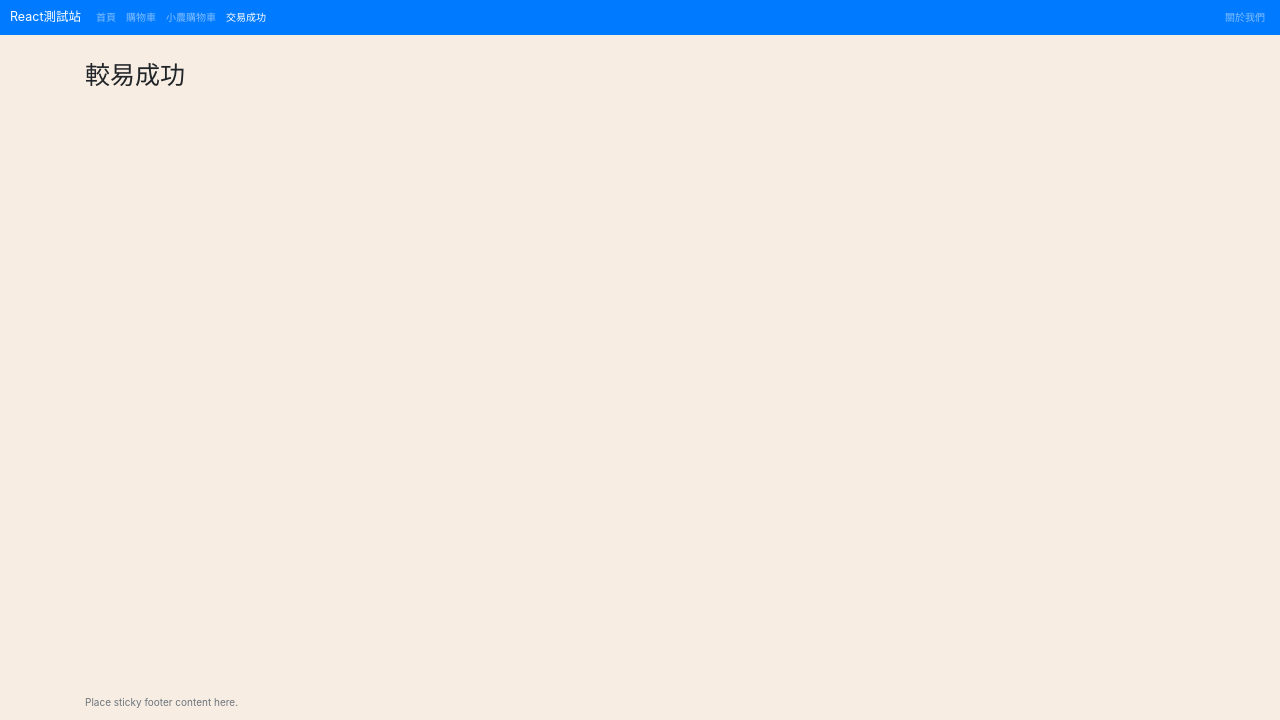
Repository: as2million/group_c
Page: /cha_cart_order_success
The author's editor kept a copy of each file at every save. The page is drawn from the files as they stood at one save, then again after the next save.
The browser window is 1280 px wide. The pictures show the whole page.
The project was rebuilt for these pictures with package versions that can differ from the ones it lists, and the page was loaded fresh each time. Also part of the build but not shown: src/Cha/pages-demo/Home.js, src/Cha/pages-demo/About.js, src/Cha/pages-demo/Product.js, src/Cha/Components/Cha-Cart-ProgressBar/ChaCartProgressBar.scss, src/Cha/Components/Cha-Cart-ProgressBar/ChaCartProgressBar.js, src/Cha/Components/Cha-Cart-Submit-Card/ChaCartSubmitCard.scss, src/Cha/Components/Cha-Cart-Submit-Card/ChaCartSubmitCard.js, src/Cha/Components/Cha-Counter/Counter.scss and 11 more.

Above is the page before, as saved 2020-10-26 23:18:05.

### public/index.html
<!DOCTYPE html>
<html lang="en">

<head>
  <meta charset="utf-8" />
  <link rel="icon" href="%PUBLIC_URL%/favicon.ico" />
  <meta name="viewport" content="width=device-width, initial-scale=1" />
  <meta name="theme-color" content="#000000" />
  <meta name="description" content="Web site created using create-react-app" />
  <link rel="apple-touch-icon" href="%PUBLIC_URL%/logo192.png" />
  <!--
      manifest.json provides metadata used when your web app is installed on a
      user's mobile device or desktop. See https://developers.google.com/web/fundamentals/web-app-manifest/
    -->
  <link rel="manifest" href="%PUBLIC_URL%/manifest.json" />
  <!--
      Notice the use of %PUBLIC_URL% in the tags above.
      It will be replaced with the URL of the `public` folder during the build.
      Only files inside the `public` folder can be referenced from the HTML.

      Unlike "/favicon.ico" or "favicon.ico", "%PUBLIC_URL%/favicon.ico" will
      work correctly both with client-side routing and a non-root public URL.
      Learn how to configure a non-root public URL by running `npm run build`.
    -->

  <!-- bootstrap -->
  <link rel="stylesheet" href="https://stackpath.bootstrapcdn.com/bootstrap/4.1.3/css/bootstrap.min.css"
    integrity="sha384-MCw98/SFnGE8fJT3GXwEOngsV7Zt27NXFoaoApmYm81iuXoPkFOJwJ8ERdknLPMO" crossorigin="anonymous">
  <title>React App</title>
</head>

<body>
  <noscript>You need to enable JavaScript to run this app.</noscript>
  <div id="root"></div>
  <!--
      This HTML file is a template.
      If you open it directly in the browser, you will see an empty page.

      You can add webfonts, meta tags, or analytics to this file.
      The build step will place the bundled scripts into the <body> tag.

      To begin the development, run `npm start` or `yarn start`.
      To create a production bundle, use `npm run build` or `yarn build`.
    -->
</body>

</html>

### src/index.js
import React from 'react'
import ReactDOM from 'react-dom'
import './index.scss'
// import App from './App'
import AppTest from './AppTest'
import * as serviceWorker from './serviceWorker'

ReactDOM.render(
  <React.StrictMode>
    <AppTest />
  </React.StrictMode>,
  document.getElementById('root')
)

// If you want your app to work offline and load faster, you can change
// unregister() to register() below. Note this comes with some pitfalls.
// Learn more about service workers: https://bit.ly/CRA-PWA
serviceWorker.unregister()

### src/index.scss
/* Import Bootstrap and its default variables */
@import '~bootstrap/scss/bootstrap.scss';
@import 'Cha/Components/Cha-Counter/Counter.scss';

body {
  margin: 0;
  font-family: -apple-system, BlinkMacSystemFont, 'Segoe UI', 'Roboto', 'Oxygen',
    'Ubuntu', 'Cantarell', 'Fira Sans', 'Droid Sans', 'Helvetica Neue',
    sans-serif;
  -webkit-font-smoothing: antialiased;
  -moz-osx-font-smoothing: grayscale;
}

code {
  font-family: source-code-pro, Menlo, Monaco, Consolas, 'Courier New',
    monospace;
}

### src/AppTest.js
import React, { useState, useEffect } from 'react'

import MyNavbar from 'Cha/Components-demo/MyNavbar'
import MyFooter from 'Cha/Components-demo/MyFooter'
import MainContent from 'Cha/Components-demo/MainContent'
import { BrowserRouter as Router, Route, Link, Switch } from 'react-router-dom'

import Home from 'Cha/pages-demo/Home'
import About from 'Cha/pages-demo/About'
import Product from 'Cha/pages-demo/Product'
import Success from 'Cha/pages-demo/Success'

// import Counter from 'Cha/Components/Cha-Counter/Counter'
// import ScrollApp from 'Cha/Components/Cha-ToTop/ScrollApp'
// import ScrollArrow from 'Cha/Components/Cha-ToTop/ScrollArrow'
import ChaCart from 'Cha/Pages/Cha-Cart/ChaCart'
// import ChaProgressBar from 'Cha/Components/Cha-ProgressBar/ChaProgressBar'

function AppTest() {
  return (
    <Router>
      <>
        <MyNavbar />
        <MainContent>
          {/* <Link to="/">Home</Link>
          <Link to="/about">About</Link> */}

          <Switch>
            <Route exact path="/">
              <Home />
            </Route>
            <Route path="/cha_cart">
              <ChaCart />
            </Route>
            <Route path="/about">
              <About />
            </Route>
            <Route path="/cha_former_cart">
              <Product />
            </Route>
            <Route path="/cha_cart_order_success">
              <Success />
            </Route>
          </Switch>
        </MainContent>
        <MyFooter />
      </>
    </Router>
    //  <Counter />
    // <ChaCart />
    // <ScrollArrow />
    // <ScrollApp />
    // <ChaProgressBar />
  )
}

export default AppTest

### src/Cha/Components-demo/MyNavbar.js
import React, { useState, useEffect } from 'react'
import {
  Navbar,
  Nav,
  Form,
  FormControl,
  Button,
  NavDropdown,
} from 'react-bootstrap'

// 選單連結要使用NavLink取代Link
import { NavLink } from 'react-router-dom'

function MyNavbar(props) {
  return (
    <>
      <Navbar
        collapseOnSelect
        expand="lg"
        bg="primary"
        variant="dark"
        fixed="top"
      >
        <Navbar.Brand href="#home">React測試站</Navbar.Brand>
        <Navbar.Toggle aria-controls="responsive-navbar-nav" />
        <Navbar.Collapse id="responsive-navbar-nav">
          <Nav className="mr-auto">
            {/* 把Nav.Link作為NavLink來使用 */}
            {/* 一定要加上exact，不然首頁會一直點亮(active) */}
            <Nav.Link as={NavLink} to="/" exact>
              首頁
            </Nav.Link>
            <Nav.Link as={NavLink} to="/cha_cart">
              購物車
            </Nav.Link>
            <Nav.Link as={NavLink} to="/cha_former_cart">
              小農購物車
            </Nav.Link>
            <Nav.Link as={NavLink} to="/cha_cart_order_success">
              交易成功
            </Nav.Link>
          </Nav>
          <Nav>
            <Nav.Link as={NavLink} to="/about">
              關於我們
            </Nav.Link>
          </Nav>
        </Navbar.Collapse>
      </Navbar>
    </>
  )
}

export default MyNavbar

### src/Cha/Components-demo/MyFooter.js
import React, { useState, useEffect } from 'react'

function MyFooter(props) {
  return (
    <>
      <footer className="footer mt-auto py-3 fixed-bottom">
        <div className="container">
          <span className="text-muted">Place sticky footer content here.</span>
        </div>
      </footer>
    </>
  )
}

export default MyFooter

### src/Cha/Components-demo/MainContent.js
import React from 'react'

function MainContent(props) {
  return (
    <>
      <main className="flex-shrink-0">
        {/* props.children代表嵌入在其中的元件或資料內容 */}
        <div className="container">{props.children}</div>
      </main>
    </>
  )
}

export default MainContent

### src/Cha/pages-demo/Success.js
import React, { useState, useEffect } from 'react'
import { Link, Switch } from 'react-router-dom'

function About(props) {
  return (
    <>
      <br />
      <br />
      <br />
      <br />
      <h1>較易成功</h1>
    </>
  )
}

export default About

### src/Cha/Pages/Cha-Cart/ChaCart.scss
html {
  font-size: 10px;
  font-style: 微軟正黑體;
}

html,
body {
  margin: 0;
}

body {
  background-color: #f7ede2;
}

.wrap {
  display: flex;
  justify-content: center;
  margin-top: 20px;
  margin-top: 80px;
}

// .step-header {
//   font-size: 24px;
//   border-bottom: 1px solid #8585853a;
//   padding-top: 15px;
//   padding-bottom: 15px;
//   margin-top: 15px;
//   margin-bottom: 15px;
// }

// .step-check-btn {
//   height: 45px;
//   width: 170px;
//   border-radius: 50px;
//   background-color: #fff;
//   border: solid 1px #e0611e;
//   outline: none;
//   color: #e0611e;
//   font-size: 18px;
//   &:hover {
//     background-color: #e0611e;
//     color: #fff;
//   }
// }
// .step-check-btn-div {
//   display: flex;
//   justify-content: flex-end;
//   margin-top: 20px;
//   margin-bottom: 40px;
// }

// .horizontal-line {
//   border-bottom: 1px solid #8585853a;
// }

### src/Cha/Components/Cha-Cart-Step-Card-Step3/ChaCartStepCardStep3.scss
html {
  font-size: 10px;
  font-style: 微軟正黑體;
}

html,
body {
  margin: 0;
}

body {
  background-color: #f7ede2;
}

.cha-main-card {
  width: 800px;
  border-radius: 5px;
  border: 1px solid #e5e5e5;
  background-color: #fff;
  margin-right: 5px;
  margin-bottom: 10px;
  padding: 30px;
  box-sizing: border-box;
}
// .cha-main-card-step2 {
//   height: 500px;
// }

.cha-aside-card {
  width: 360px;
  /* height: 30px; */
  border-radius: 5px;
  border: 1px solid #e5e5e5;
  background-color: #fff;
  margin-left: 5px;
  padding: 30px;
  box-sizing: border-box;
}

.cha-wrap {
  display: flex;
  justify-content: center;
  margin-top: 20px;
  margin-top: 80px;
}

.cha-step-header {
  font-size: 24px;
  border-bottom: 1px solid #8585853a;
  padding-top: 15px;
  padding-bottom: 15px;
  margin-top: 15px;
  margin-bottom: 15px;
}

// .cha-step1-total-price {
//   display: flex;
//   justify-content: flex-end;
//   margin-top: 10px;
// }
// .cha-step1-total-price-word {
//   font-size: 15px;
//   color: #858585;
//   margin-right: 5px;
//   margin-top: 10px;
// }

// .cha-step1-total-price-number {
//   font-size: 36px;
//   color: #f48145;
// }

.cha-step-check-btn {
  height: 45px;
  width: 170px;
  border-radius: 50px;
  background-color: #fff;
  border: solid 1px #e0611e;
  outline: none;
  color: #e0611e;
  font-size: 18px;
  &:hover {
    background-color: #e0611e;
    color: #fff;
  }
}
.cha-step-check-btn-div {
  display: flex;
  justify-content: flex-end;
  margin-top: 20px;
  margin-bottom: 40px;
}

.cha-horizontal-line {
  border-bottom: 1px solid #8585853a;
}

.cha-Cha-Credit-Card {
  width: 420px;
}

.cha-Cha-Credit-Card-div {
  display: flex;
  justify-content: center;

  margin-bottom: 40px;
}

.cha-Cha-Credit-Card-flip {
  width: 420px;
  height: 240px;
  transform-style: preserve-3d;
}
.cha-Cha-Credit-Card-all {
  position: absolute;
  left: 0;
  top: 0;
  backface-visibility: hidden;
}
.cha-Cha-Credit-Card-flip .cha-Cha-Credit-Card-all:nth-of-type(1) {
  // background: blue;
  transition: 0.5s transform;
}

.cha-Cha-Credit-Card-flip .cha-Cha-Credit-Card-all:nth-of-type(2) {
  // background: red;
  transform: rotateY(-180deg);
  transition: 0.5s transform;
}

.cha-Cha-Credit-Card-flip:hover .cha-Cha-Credit-Card-all:nth-of-type(1) {
  transform: rotateY(180deg);
}
.cha-Cha-Credit-Card-flip:hover .cha-Cha-Credit-Card-all:nth-of-type(2) {
  transform: rotateY(0deg);
}

.cha-step3-5-receipt-div {
  display: flex;
}
.cha-step3-5-receipt-div div{
  margin-right: 20px;
}
.cha-card-number-on-picture {
  position: absolute;
  left: 50px;
  top: 100px;
  font-size: 30px;
}
.cha-card-MONTH-YEAR-on-picture {
  position: absolute;
  left: 120px;
  top: 170px;
  font-size: 24px;
}
.cha-card-3number-on-picture{
  position: absolute;
  left: 310px;
  top: 125px;
  font-size: 24px;
  background-color: rgba(49, 0, 0, 0);
  border: none;
}
.cha-step3-receipt-alert {
  color: #e0611e;
  font-size: 15px;
}

Loaded but not shown: src/serviceWorker.js (common file)

After the next save:
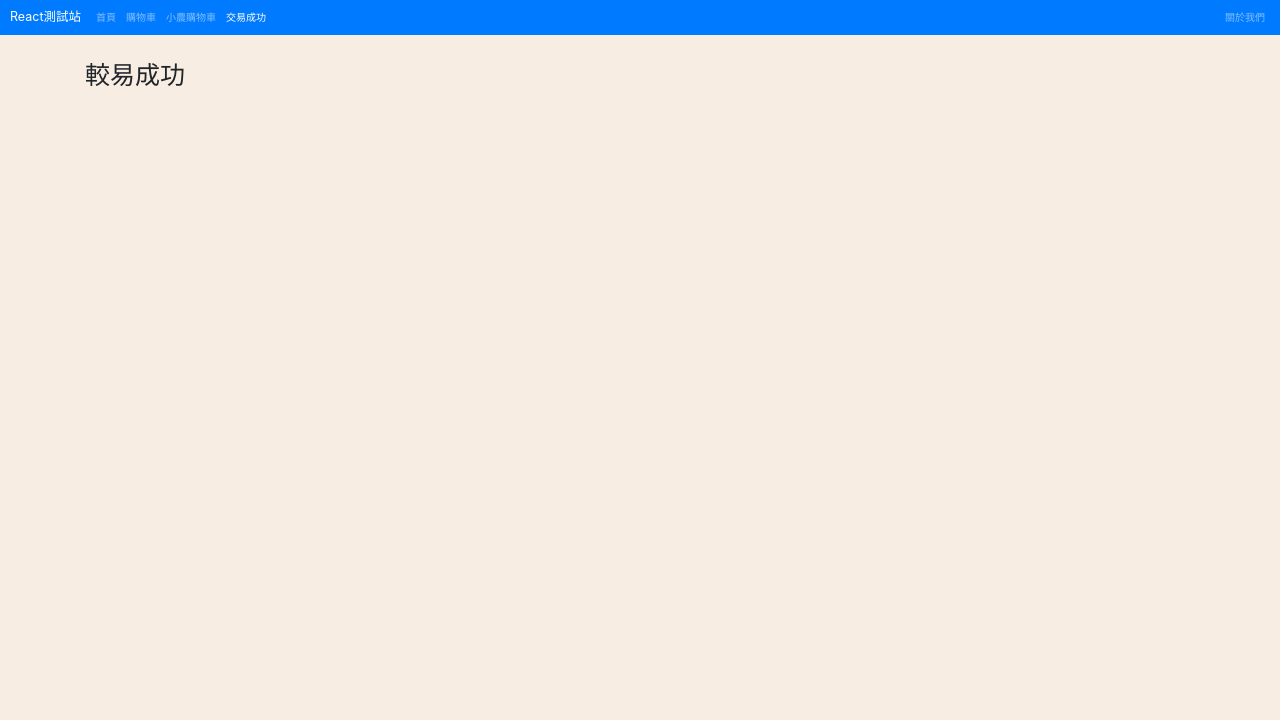
Saved 86 s later.
--- a/src/AppTest.js
+++ b/src/AppTest.js
@@ -43,7 +43,6 @@ function AppTest() {
             </Route>
           </Switch>
         </MainContent>
-        <MyFooter />
       </>
     </Router>
     //  <Counter />
